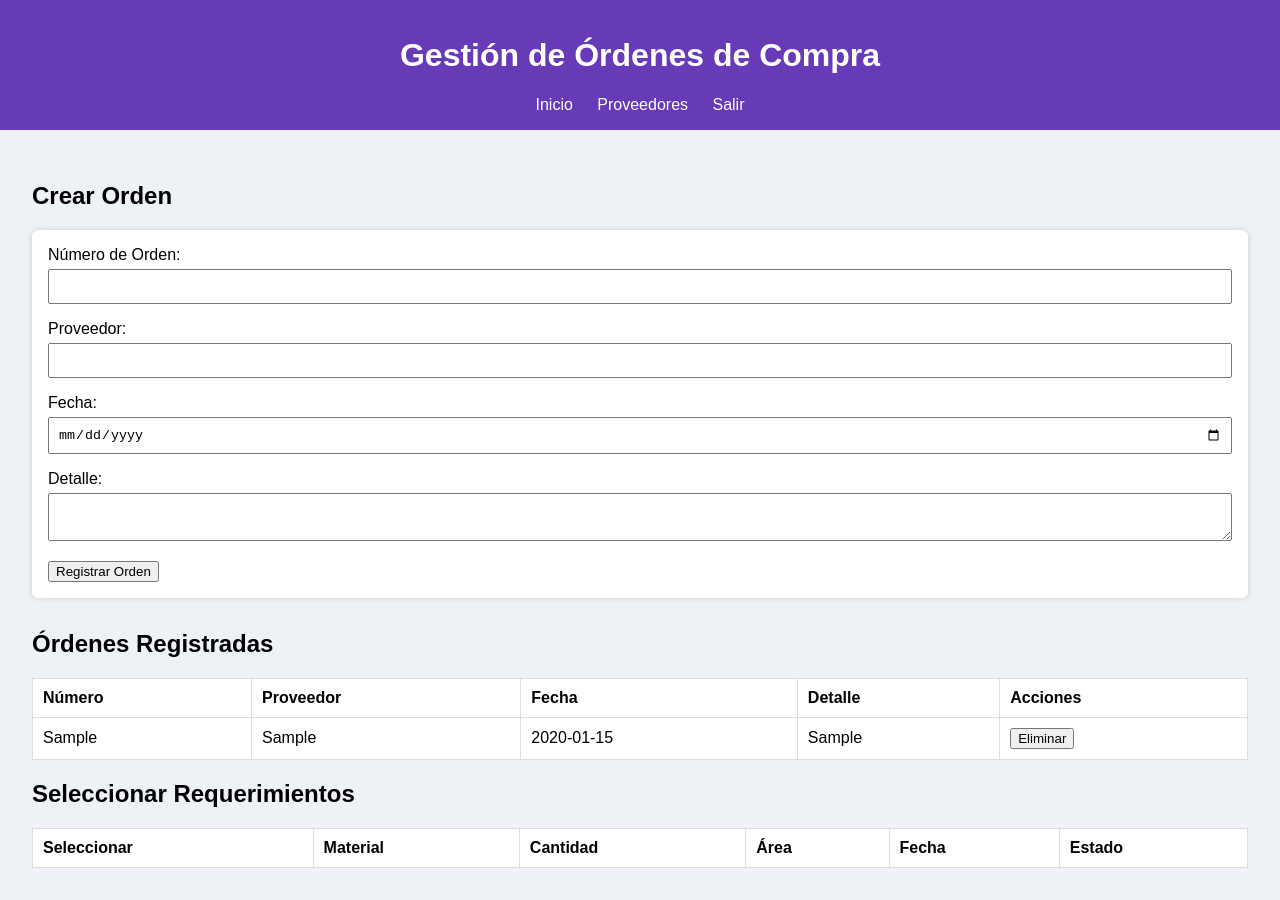
Repository: djkeviin/Mi-primera-chamba
Page: views/ordenes.html
The author's editor kept a copy of each file at every save. The page is drawn from the files as they stood at one save, then again after the next save.
The browser window is 1280 px wide. The pictures show the whole page.
Empty fields were first filled with sample values (such as "Sample", 5 or name@example.com).
After loading, the first visible `#formOrden` was submitted once.

Above is the page before, as saved 2025-05-01 23:30:00.
Console error: TypeError: Cannot read properties of null (reading 'addEventListener')

### views/ordenes.html
<!DOCTYPE html>
<html lang="es">
<head>
  <meta charset="UTF-8">
  <title>Órdenes de Compra</title>
  <link rel="stylesheet" href="../css/ordenes.css">
</head>
<body>

<header>
  <h1>Gestión de Órdenes de Compra</h1>
  <nav>
    <a href="dashboard.html">Inicio</a>
    <a href="proveedores.html">Proveedores</a>
    <a href="../index.html">Salir</a>
  </nav>
</header>

<main>
  <section class="formulario">
    <h2>Crear Orden</h2>
    <form id="formOrden">
      <label>Número de Orden:
        <input type="text" id="numero" name="numero" required>
      </label>
      <label>Proveedor:
        <input type="text" id="proveedor" name="proveedor" required>
      </label>
      <label>Fecha:
        <input type="date" id="fecha" name="fecha" required>
      </label>
      <label>Detalle:
        <textarea id="detalle" name="detalle" required></textarea>
      </label>
      <button type="submit">Registrar Orden</button>
    </form>
  </section>

  <section class="lista">
    <h2>Órdenes Registradas</h2>
    <table>
      <thead>
        <tr>
          <th>Número</th>
          <th>Proveedor</th>
          <th>Fecha</th>
          <th>Detalle</th>
          <th>Acciones</th>
        </tr>
      </thead>
      <tbody id="tablaOrdenes">
        <!-- Órdenes insertadas dinámicamente -->
      </tbody>
    </table>
  </section>

  <section class="seleccion-requerimientos">
    <h2>Seleccionar Requerimientos</h2>
    <table>
      <thead>
        <tr>
          <th>Seleccionar</th>
          <th>Material</th>
          <th>Cantidad</th>
          <th>Área</th>
          <th>Fecha</th>
          <th>Estado</th>
        </tr>
      </thead>
      <tbody id="tablaRequerimientos">
        <!-- Requerimientos cargados desde localStorage -->
      </tbody>
    </table>
  </section>

</main>

<script src="../js/ordenes.js"></script>
</body>
</html>

### css/ordenes.css
body {
    font-family: sans-serif;
    background-color: #eef1f5;
    margin: 0;
  }

  header {
    background-color: #673ab7;
    color: white;
    padding: 1rem;
    text-align: center;
  }

  nav a {
    color: white;
    margin: 0 10px;
    text-decoration: none;
  }

  main {
    padding: 2rem;
  }

  form {
    background: #fff;
    padding: 1rem;
    border-radius: 6px;
    box-shadow: 0 0 5px #ccc;
    margin-bottom: 2rem;
  }

  label {
    display: block;
    margin-bottom: 1rem;
  }

  input, textarea {
    width: 100%;
    padding: 0.5rem;
    margin-top: 5px;
    box-sizing: border-box;
  }

  table {
    width: 100%;
    background: white;
    border-collapse: collapse;
  }

  th, td {
    border: 1px solid #ddd;
    padding: 10px;
    text-align: left;
  }

### js/ordenes.js
document.getElementById("formOrden").addEventListener("submit", function(e) {
    e.preventDefault();

    const numero = this.numero.value;
    const proveedor = this.proveedor.value;
    const fecha = this.fecha.value;
    const detalle = this.detalle.value;

    const fila = document.createElement("tr");
    fila.innerHTML = `
      <td>${numero}</td>
      <td>${proveedor}</td>
      <td>${fecha}</td>
      <td>${detalle}</td>
      <td><button onclick="eliminarOrden(this)">Eliminar</button></td>
    `;

    document.getElementById("tablaOrdenes").appendChild(fila);
    this.reset();
  });

  function eliminarOrden(btn) {
    btn.parentNode.parentNode.remove();
  }

window.addEventListener("DOMContentLoaded", () => {
  const tabla = document.getElementById("tablaRequerimientos");
  const requerimientos = JSON.parse(localStorage.getItem("requerimientos")) || [];

  requerimientos.forEach((req, index) => {
    const fila = document.createElement("tr");
    fila.innerHTML = `
      <td><input type="checkbox" name="requerimiento" value="${index}"></td>
      <td>${req.idRequerimiento}</td>
      <td>${req.fecha}</td>
      <td>${req.material}</td>
      <td>${req.cantidad}</td>
    `;
    tabla.appendChild(fila);
  });

  // Manejo del formulario para generar orden de compra
  document.getElementById("formOrdenCompra").addEventListener("submit", function(e) {
    e.preventDefault();

    const seleccionados = Array.from(document.querySelectorAll('input[name="requerimiento"]:checked'))
      .map(input => requerimientos[input.value]);

    if (seleccionados.length === 0) {
      alert("Selecciona al menos un requerimiento.");
      return;
    }

    // Aquí podrías guardar la orden como un nuevo objeto
    localStorage.setItem("ordenGenerada", JSON.stringify(seleccionados));
    alert("Orden de compra generada con los requerimientos seleccionados.");
  });
});

After the next save:
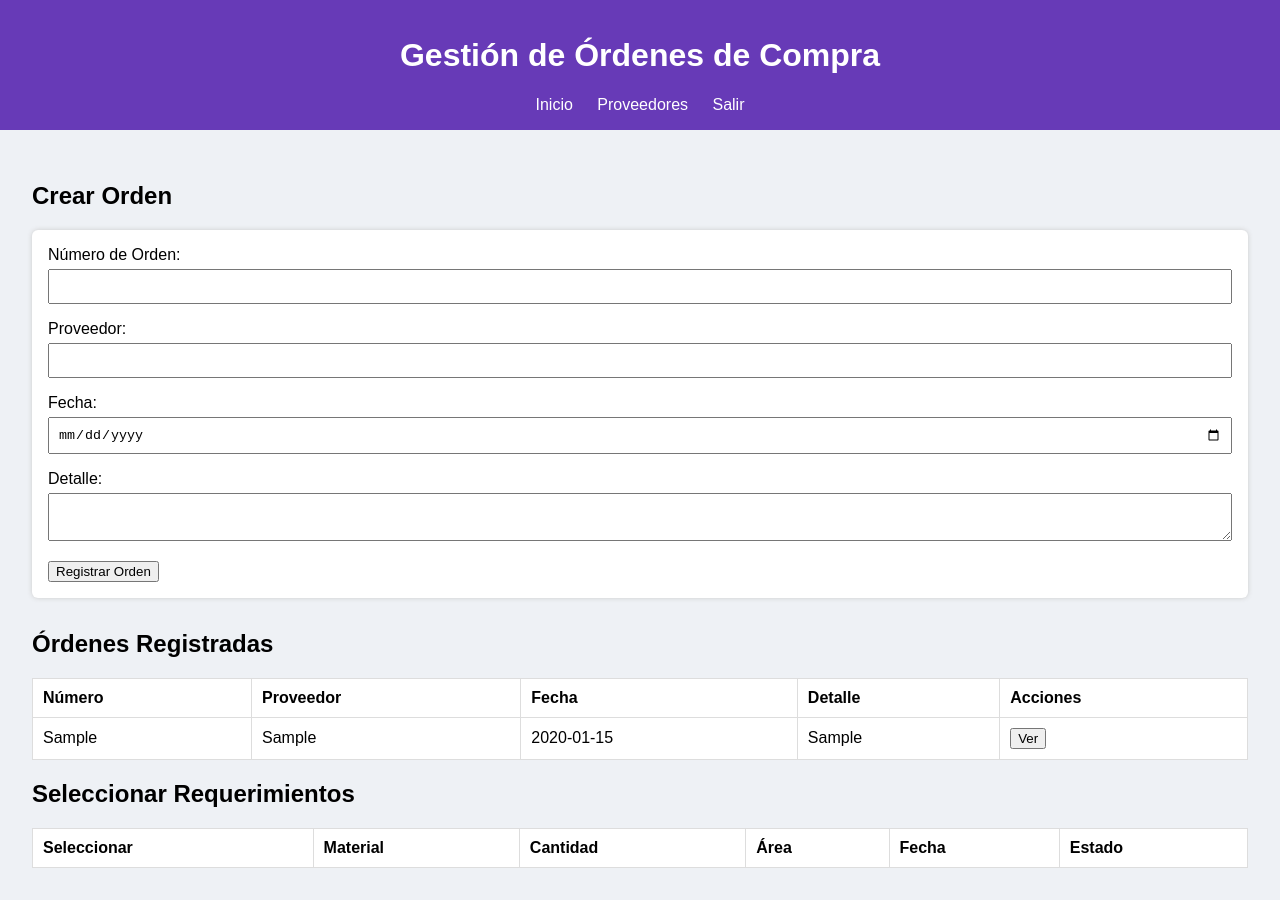
The error is gone.
Saved 57 s later.
--- a/js/ordenes.js
+++ b/js/ordenes.js
@@ -1,58 +1,90 @@
-document.getElementById("formOrden").addEventListener("submit", function(e) {
-    e.preventDefault();
+document.addEventListener("DOMContentLoaded", function () {
+    // Cargar los requerimientos en la tabla
+    cargarRequerimientos();
 
-    const numero = this.numero.value;
-    const proveedor = this.proveedor.value;
-    const fecha = this.fecha.value;
-    const detalle = this.detalle.value;
+    // Manejar el envío del formulario de orden de compra
+    document.getElementById("formOrden").addEventListener("submit", function (e) {
+      e.preventDefault();
 
-    const fila = document.createElement("tr");
-    fila.innerHTML = `
-      <td>${numero}</td>
-      <td>${proveedor}</td>
-      <td>${fecha}</td>
-      <td>${detalle}</td>
-      <td><button onclick="eliminarOrden(this)">Eliminar</button></td>
-    `;
+      const numero = document.getElementById("numero").value;
+      const proveedor = document.getElementById("proveedor").value;
+      const fecha = document.getElementById("fecha").value;
+      const detalle = document.getElementById("detalle").value;
 
-    document.getElementById("tablaOrdenes").appendChild(fila);
-    this.reset();
+      const orden = {
+        numero,
+        proveedor,
+        fecha,
+        detalle,
+        requerimientos: obtenerRequerimientosSeleccionados()
+      };
+
+      let ordenes = JSON.parse(localStorage.getItem("ordenes")) || [];
+      ordenes.push(orden);
+      localStorage.setItem("ordenes", JSON.stringify(ordenes));
+
+      // Limpiar formulario
+      this.reset();
+
+      // Mostrar las ordenes registradas
+      mostrarOrdenes();
+
+      alert("Orden de compra registrada con éxito.");
+    });
   });
 
-  function eliminarOrden(btn) {
-    btn.parentNode.parentNode.remove();
+  function cargarRequerimientos() {
+    const requerimientos = JSON.parse(localStorage.getItem("requerimientos")) || [];
+    const tablaRequerimientos = document.getElementById("tablaRequerimientos");
+    tablaRequerimientos.innerHTML = "";
+
+    requerimientos.forEach((req, index) => {
+      const fila = document.createElement("tr");
+      fila.innerHTML = `
+        <td><input type="checkbox" data-index="${index}"></td>
+        <td>${req.material}</td>
+        <td>${req.cantidad}</td>
+        <td>${req.area}</td>
+        <td>${req.fecha}</td>
+        <td>${req.estado}</td>
+      `;
+      tablaRequerimientos.appendChild(fila);
+    });
   }
 
-window.addEventListener("DOMContentLoaded", () => {
-  const tabla = document.getElementById("tablaRequerimientos");
-  const requerimientos = JSON.parse(localStorage.getItem("requerimientos")) || [];
+  // Obtener los requerimientos seleccionados
+  function obtenerRequerimientosSeleccionados() {
+    const seleccionados = [];
+    const checkboxes = document.querySelectorAll("#tablaRequerimientos input[type='checkbox']:checked");
+    checkboxes.forEach(checkbox => {
+      const index = checkbox.getAttribute("data-index");
+      const requerimientos = JSON.parse(localStorage.getItem("requerimientos"));
+      seleccionados.push(requerimientos[index]);
+    });
+    return seleccionados;
+  }
 
-  requerimientos.forEach((req, index) => {
-    const fila = document.createElement("tr");
-    fila.innerHTML = `
-      <td><input type="checkbox" name="requerimiento" value="${index}"></td>
-      <td>${req.idRequerimiento}</td>
-      <td>${req.fecha}</td>
-      <td>${req.material}</td>
-      <td>${req.cantidad}</td>
-    `;
-    tabla.appendChild(fila);
-  });
+  function mostrarOrdenes() {
+    const tablaOrdenes = document.getElementById("tablaOrdenes");
+    tablaOrdenes.innerHTML = "";
 
-  // Manejo del formulario para generar orden de compra
-  document.getElementById("formOrdenCompra").addEventListener("submit", function(e) {
-    e.preventDefault();
+    const ordenes = JSON.parse(localStorage.getItem("ordenes")) || [];
+    ordenes.forEach(orden => {
+      const fila = document.createElement("tr");
+      fila.innerHTML = `
+        <td>${orden.numero}</td>
+        <td>${orden.proveedor}</td>
+        <td>${orden.fecha}</td>
+        <td>${orden.detalle}</td>
+        <td>
+          <button onclick="verOrden(${orden.numero})">Ver</button>
+        </td>
+      `;
+      tablaOrdenes.appendChild(fila);
+    });
+  }
 
-    const seleccionados = Array.from(document.querySelectorAll('input[name="requerimiento"]:checked'))
-      .map(input => requerimientos[input.value]);
-
-    if (seleccionados.length === 0) {
-      alert("Selecciona al menos un requerimiento.");
-      return;
-    }
-
-    // Aquí podrías guardar la orden como un nuevo objeto
-    localStorage.setItem("ordenGenerada", JSON.stringify(seleccionados));
-    alert("Orden de compra generada con los requerimientos seleccionados.");
-  });
-});
+  function verOrden(numero) {
+    // Función para ver detalles de la orden si es necesario
+    alert(`Mostrando detalles de la orden: ${numero}`);
+  }
